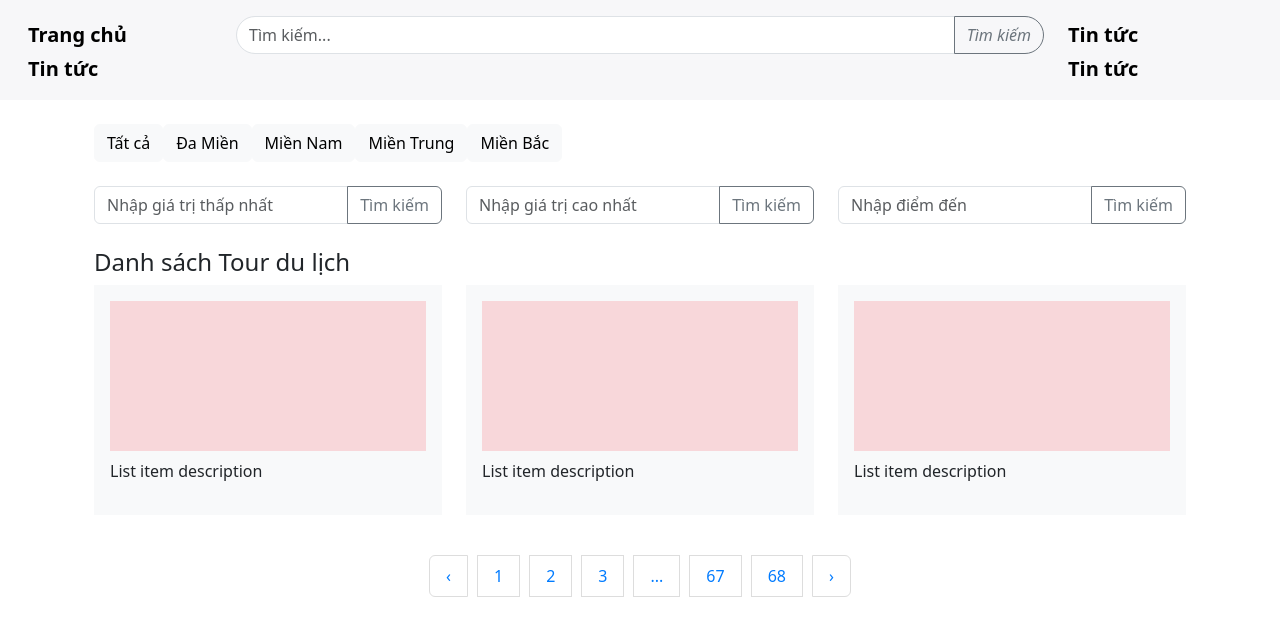
Repository: Minh23122003/qlDuAnPhanMem
Page: / (app in frontend/)
An editor plug-in stored every save of this project. The page is shown before and after the next save, followed by the edit.
The browser window is 1280 px wide. The pictures show the whole page.
The project was rebuilt for these pictures with package versions that can differ from the ones it lists, and the page was loaded fresh each time. Also part of the build but not shown: frontend/src/service/WebSocketService.js, frontend/src/components/Notifications.js, frontend/src/layout/Footer.js, frontend/src/configs/Apis.js, frontend/src/components/Relativeparkcard.js, frontend/src/components/Receipt/ReceiptList.css, frontend/src/components/merchandisecabinet.js, frontend/src/components/Service.js and 13 more.

Above is the page before, as saved 2024-09-06 17:16:46.

After the next save:
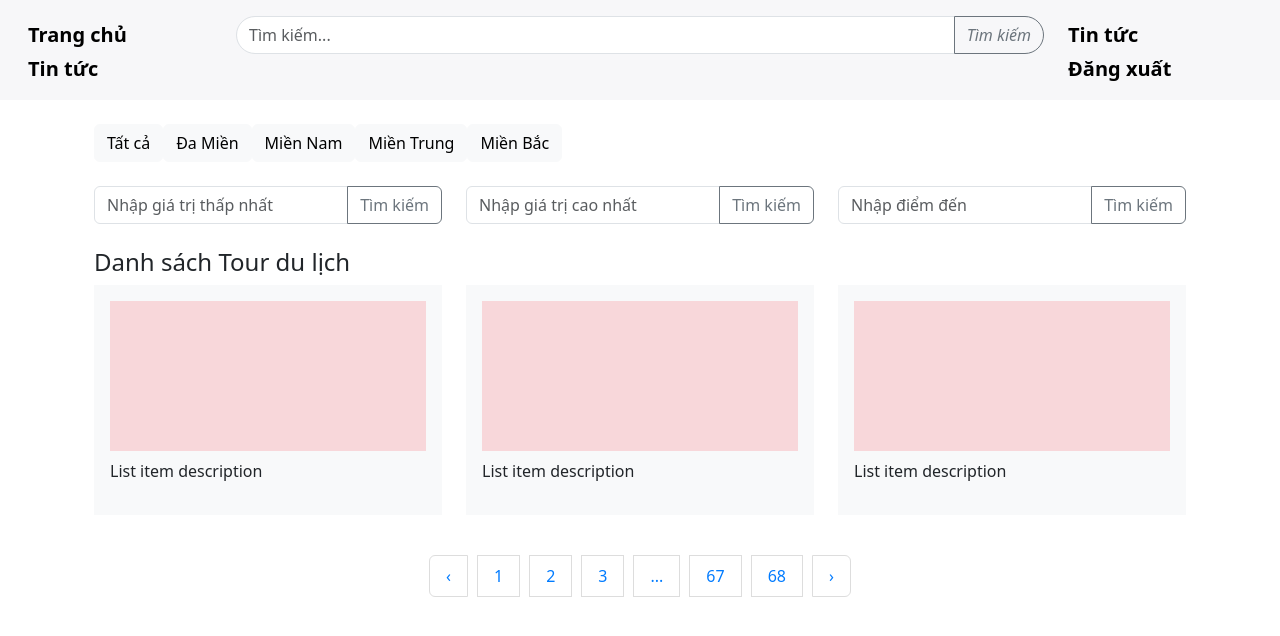
Saved 5 s later.
--- a/frontend/src/layout/Header.js
+++ b/frontend/src/layout/Header.js
@@ -60,7 +60,7 @@ const Header = () => {
                         <Nav className="me-auto">
                             {/* Use Link component for navigation */}
                             <StyledNavLink to="/news" className="mb-0">
-                                Tin tức
+                                Đăng xuất
                             </StyledNavLink>
                         </Nav>
                     </Col>
